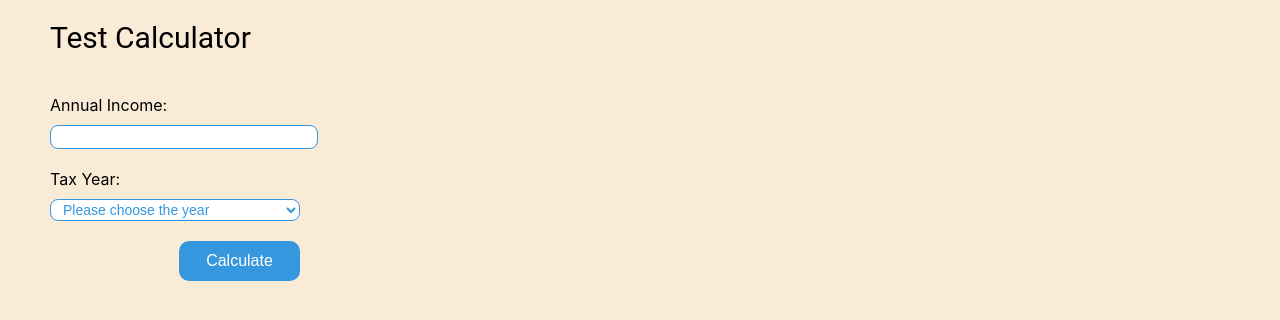
Repository: jbpadilha/taxcalculator
Page: /
These files come from the project's save history. The page is drawn as it stood at one moment and after the next save; the edit follows.
The browser window is 1280 px wide. The pictures show the whole page.
The project was rebuilt for these pictures with package versions that can differ from the ones it lists, and the page was loaded fresh each time.

Above is the page before, as saved 2023-06-17 21:41:39.

### src/index.tsx
import React from 'react';
import ReactDOM from 'react-dom/client';
import './index.css';
import App from './App';
import reportWebVitals from './reportWebVitals';

<link
    href="https://fonts.googleapis.com/css2?family=Roboto:ital,wght@0,300;0,400;0,500;0,700;1,400&display=swap"
    rel="stylesheet"
/>;

const root = ReactDOM.createRoot(
  document.getElementById('root') as HTMLElement
);
root.render(
  <React.StrictMode>
    <App />
  </React.StrictMode>
);

// If you want to start measuring performance in your app, pass a function
// to log results (for example: reportWebVitals(console.log))
// or send to an analytics endpoint. Learn more: https://bit.ly/CRA-vitals
reportWebVitals();

### src/index.css
body {
  background-color: #FAEBD7;
  margin: 0;
  font-family: -apple-system, BlinkMacSystemFont, 'Segoe UI', 'Roboto', 'Oxygen',
    'Ubuntu', 'Cantarell', 'Fira Sans', 'Droid Sans', 'Helvetica Neue',
    sans-serif;
  -webkit-font-smoothing: antialiased;
  -moz-osx-font-smoothing: grayscale;
}

code {
  font-family: source-code-pro, Menlo, Monaco, Consolas, 'Courier New',
    monospace;
}

### src/App.tsx
import React from 'react';
import RoutesComponent from './components/RouteComponent';

const App = () => {
  return (
    <div>
      <header>
      </header>
      <main>
        <RoutesComponent />
      </main>
      <footer>
        <div></div>
      </footer>
    </div>
  );
}

export default App;

### src/components/RouteComponent.tsx
import React from 'react';
import { BrowserRouter as Router, Route, Routes } from 'react-router-dom';

const Main = React.lazy(() => import('./Main'));
const ResultTax = React.lazy(() => import('./ResultTax'));

const RoutesComponent = () => {
    return (
        <Router>
            <Routes>
                <Route path={"/"} element={<Main />} />
                <Route path={"/results"} element={<ResultTax />} />
                <Route path="*" element={<Main />} />
            </Routes>
        </Router>
    );
}

export default RoutesComponent;

### src/components/Main.tsx
import React from 'react';
import { years } from '../config/constants';

const styles = {
    content: {
        marginTop: 20,
        minHeight: 200,
        paddingLeft: 50,
        width: 250
    },
    contentForm: {
        marginTop: 20,
    },
    title: {
        marginTop: 20,
        paddingBottom: 20,
        fontFamily: 'Roboto',
        fontSize: 30,
        color: '#000000',
        textDecoration: 'none solid rgb(0, 0, 0)',
    },
    description: {

    },
    contentInput: {
        marginTop: 20,
    },
    marginInput: {
        marginTop: 10,
    },
    contentButton: {
        marginTop: 20,
        display: 'flex',
        justifyContent: 'flex-end'
    },
    titleInput: {
        paddingTop: 10,
        width: 111,
        height: 18,
        fontSize: 16,
        color: '#000000',
        textSecoration: 'none solid rgb(0, 0, 0)',
    },
    input: {
        width: '100%',
        height: 22,
        padding: '0px 8px',
        border: '1px solid #3598de',
        borderRadius: 8,
        backgroundColor: '#ffffff',
        backgroundSize: 'cover',
        fontSize: 14,
        color: '#3598de',
        textDecoration: 'none solid rgb(53, 152, 222)'
    },
    button: {
        width: 121,
        height: 40,
        border: 0,
        borderRadius: 10,
        backgroundColor: '#3598de',
        backgroundSize: 'cover',
        fontSize: 16,
        color: '#ffffff',
        textDecoration: 'none solid rgb(255, 255, 255)',
    },
};

const Main = () => {

    const calculate = () => {};

    return (
        <div style={styles.content}>
            <div style={styles.title}>Test Calculator</div>
            <div style={styles.contentForm}>
                <div style={styles.contentInput}>
                    <div>
                        <label htmlFor='income' style={styles.titleInput}>Annual Income:</label>
                    </div>
                    <div style={styles.marginInput}>
                        <input style={styles.input} type="text" id="income" name="income" />
                    </div>
                </div>
                <div style={styles.contentInput}>
                    <div>
                        <label htmlFor='taxYear' style={styles.titleInput}>Tax Year:</label>
                    </div>
                    <div style={styles.marginInput}>
                    <select onChange={()=>{}} style={styles.input} id="taxYear" name="taxYear">
                        <option>Please choose the year</option>
                        {Array.from(years.entries()).map((entry) => {
                            const [key, value ] = entry;
                            return (<option key={key} >
                                {value}
                            </option>);
                        })}
                    </select>
                    </div>
                </div>
                <div style={styles.contentButton}>
                    <button style={styles.button} onClick={calculate}>Calculate</button>
                </div>
            </div>
        </div>
    );
}

export default Main;

### src/config/constants.ts
export const years = new Map<string, string>();
years.set('2019', '2019');
years.set('2020', '2020');
years.set('2021', '2021');
years.set('2022', '2022');

Loaded but not shown: public/index.html (common file); src/reportWebVitals.ts (common file)

After the next save:
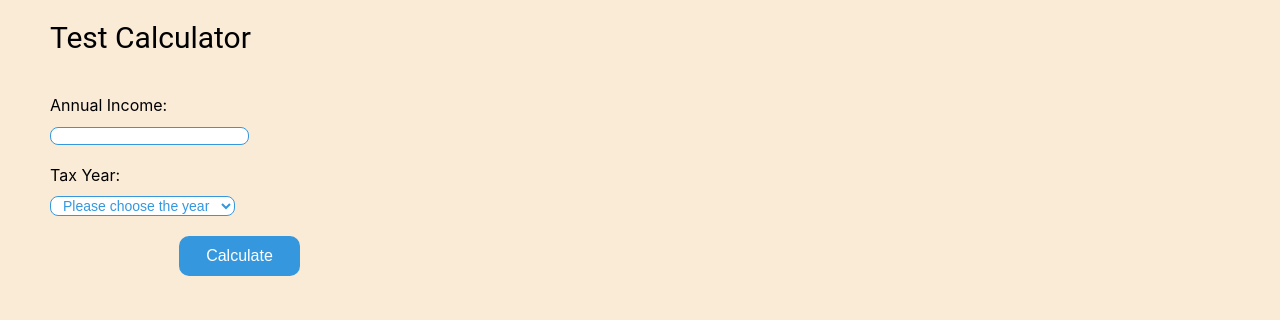
Saved 105 s later.
--- a/src/components/Main.tsx
+++ b/src/components/Main.tsx
@@ -42,8 +42,6 @@ const styles = {
         textSecoration: 'none solid rgb(0, 0, 0)',
     },
     input: {
-        width: '100%',
-        height: 22,
         padding: '0px 8px',
         border: '1px solid #3598de',
         borderRadius: 8,
@@ -52,6 +50,13 @@ const styles = {
         fontSize: 14,
         color: '#3598de',
         textDecoration: 'none solid rgb(53, 152, 222)'
+    },
+    textInput: {
+        width: 233,
+        height: 22,
+    },
+    selectInput: {
+        width: '100%'
     },
     button: {
         width: 121,
